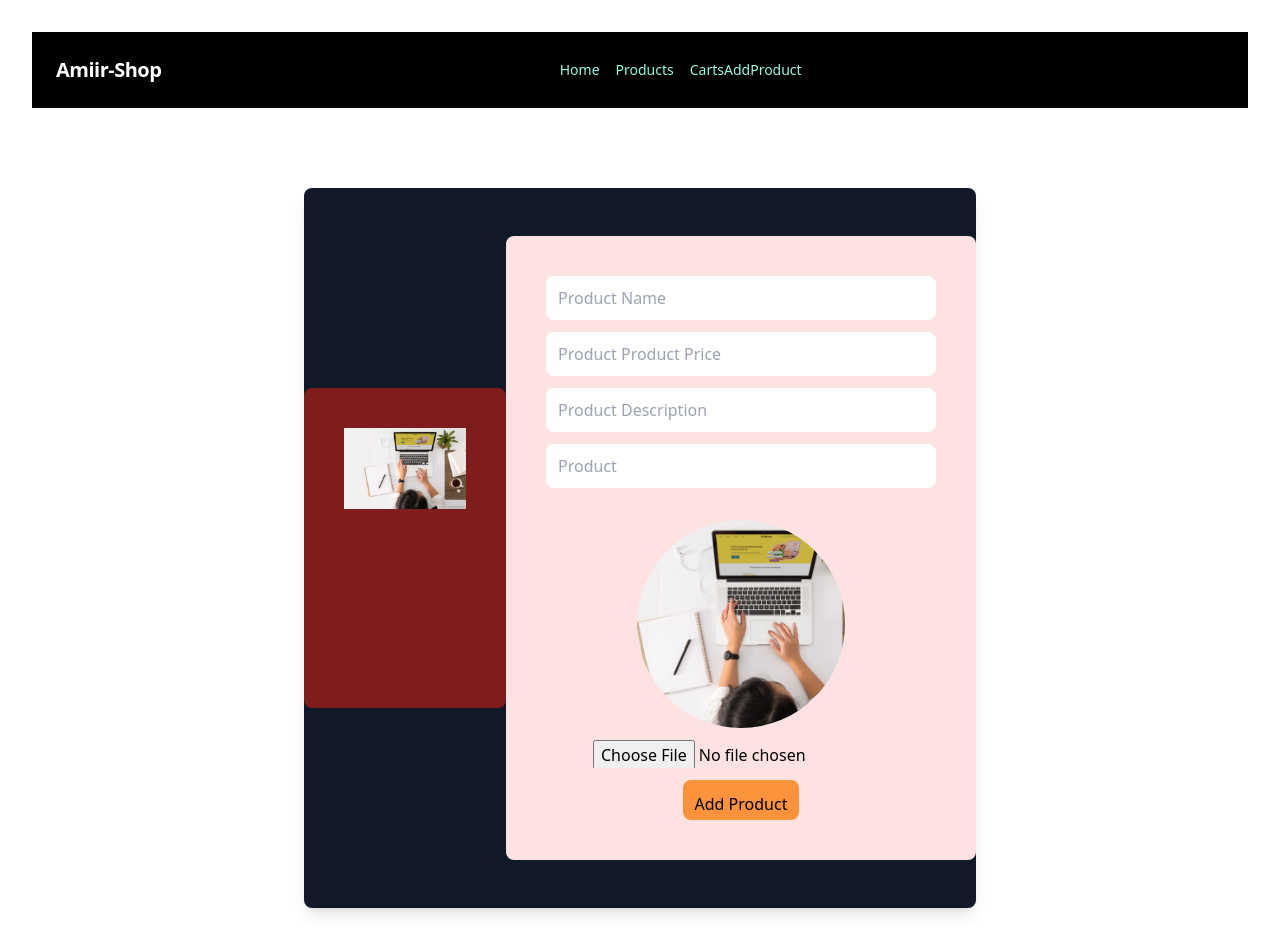
Repository: ENG-AMIIR-MUSE/ECommerce-app-using-react
Page: /addProducts
The author's editor kept a copy of each file at every save. The page is drawn from the files as they stood at one save, then again after the next save.
The browser window is 1280 px wide. The pictures show the whole page.
The page's requests for data from a server got no answer. The project was rebuilt for these pictures with package versions that can differ from the ones it lists, and the page was loaded fresh each time. No one was signed in, and anything a server would have sent is missing. Also part of the build but not shown: vite.config.js, src/Components/productList.js, src/Components/productCard.js.

Above is the page before, as saved 2023-06-24 19:58:58.

### src/main.jsx
import React from 'react'
import ReactDOM from 'react-dom/client'
import App from './App.jsx'
import './index.css'

import { BrowserRouter }  from 'react-router-dom'



ReactDOM.createRoot(document.getElementById('root')).render(
  <React.StrictMode>
    <BrowserRouter>
    <App />
    </BrowserRouter>

  </React.StrictMode>,

)

### src/App.jsx
import { useEffect } from 'react'
import { useState } from 'react'
import axios from 'axios'
import ProductList from './Components/ProductList'
import ProductCard from './Components/ProductCard'

import './App.css'

import {NavBar} from './Components/NavBar'
import {  Routes,Route } from 'react-router-dom'

import AddProduct from './Components/AddProduct'

function App() {
const [products,setProducts] =  useState([])

useEffect(()=>{
  axios.get('https://fakestoreapi.com/products')
  .then((response)=>{
    // console.log(response)
   setProducts(response.data)
  }).catch((er)=>{
    console.log(er.response)
  })

})

  return (
    <>

    {/* {console.log(products)} */}
    <NavBar/>

    {/* <ProductCard/> */}
    <Routes>
    <Route path="/"/>
    <Route path="/products" element={<ProductList products ={products}/>}/>

    <Route path="/products/:id" element={<ProductCard products = {products}/>}/>
  <Route path="/addProducts/" element={<AddProduct/>}/>
  </Routes>
    </>


  )


}

export default App

### src/Components/NavBar.jsx
import React from 'react'
import {Link } from 'react-router-dom'
 export function NavBar() {
  return (
    <>
    <nav className=" items-center justify-between flex-wrap bg-black p-6 mb-20 h-auto p-5">
  <div className="flex items-center flex-shrink-0 text-white mr-6">

    <span className="font-semibold text-xl tracking-tight">Amiir-Shop</span>


  <div className="w-full block flex-grow lg:flex lg:items-center lg:w-auto">
    <div className="text-sm lg:flex-grow">
      <Link to="/" className="block mt-4 lg:inline-block lg:mt-0 text-teal-200 hover:text-white mr-4">
        Home
      </Link>
      <Link to="/products" className="block mt-4 lg:inline-block lg:mt-0 text-teal-200 hover:text-white mr-4">
        Products
      </Link>
      <Link to="/carts" className="block mt-4 lg:inline-block lg:mt-0 text-teal-200 hover:text-white">
        Carts
      </Link>
      <Link to="/addProducts" className="block mt-4 lg:inline-block lg:mt-0 text-teal-200 hover:text-white">
        AddProduct
      </Link>
    </div>

  </div>
  </div>
</nav>
    </>
  )

 }

### src/Components/AddProduct.jsx
import React from "react";
import reactsvg from '../assets/weImage.jpg'
const  AddProduct = ()=>{

    return(

        <div  className="bg-gray-900 mt-0  text-black  min-h-screen flex flex-col lg:flex-row lg:max-w-2xl  max-w-sm mx-auto justify-center items-center  shadow-lg rounded-lg ">
          <div className="w-96 rounded-lg mx-auto  bg-red-900  m-5 h-80 p-10">
           <img src= {reactsvg}  alt="missing-product-image"/>
          </div>
          <div className="mx-auto p-10 m-10 rounded-lg bg-red-100">
          <form className="space-y-3">

           <input type="text"placeholder="Product Name" className="w-full  rounded-lg h-11  pl-3"/>
          <input type="text"placeholder="Product Product Price" className="w-full rounded-lg h-11  pl-3"/>
          <input type="text"placeholder="Product Description" className="w-full rounded-lg h-11  pl-3"/>
           <input type="text" placeholder="Product"className="w-full rounded-lg h-11 pl-3 "/>
           <div className="flex felx-row  flex-wrap items-center justify-center space-x-4">
             <img src={reactsvg} alt="" className="rounded-full w-52 h-52 mt-5  max-w-md  object-cover object-center bg-yellow-900" />
             <input type="file" className = "rounded-lg p-3 h-10 "/>
           </div>
             <input type="submit" className = "rounded-lg bg-orange-400 p-3 h-10 "value="Add Product"/>
          </form>
          </div>
        </div>
    )
}
export default AddProduct;

Loaded but not shown: index.html (common file); src/index.css (common file); src/App.css (common file); tailwind.config.js (common file)

After the next save:
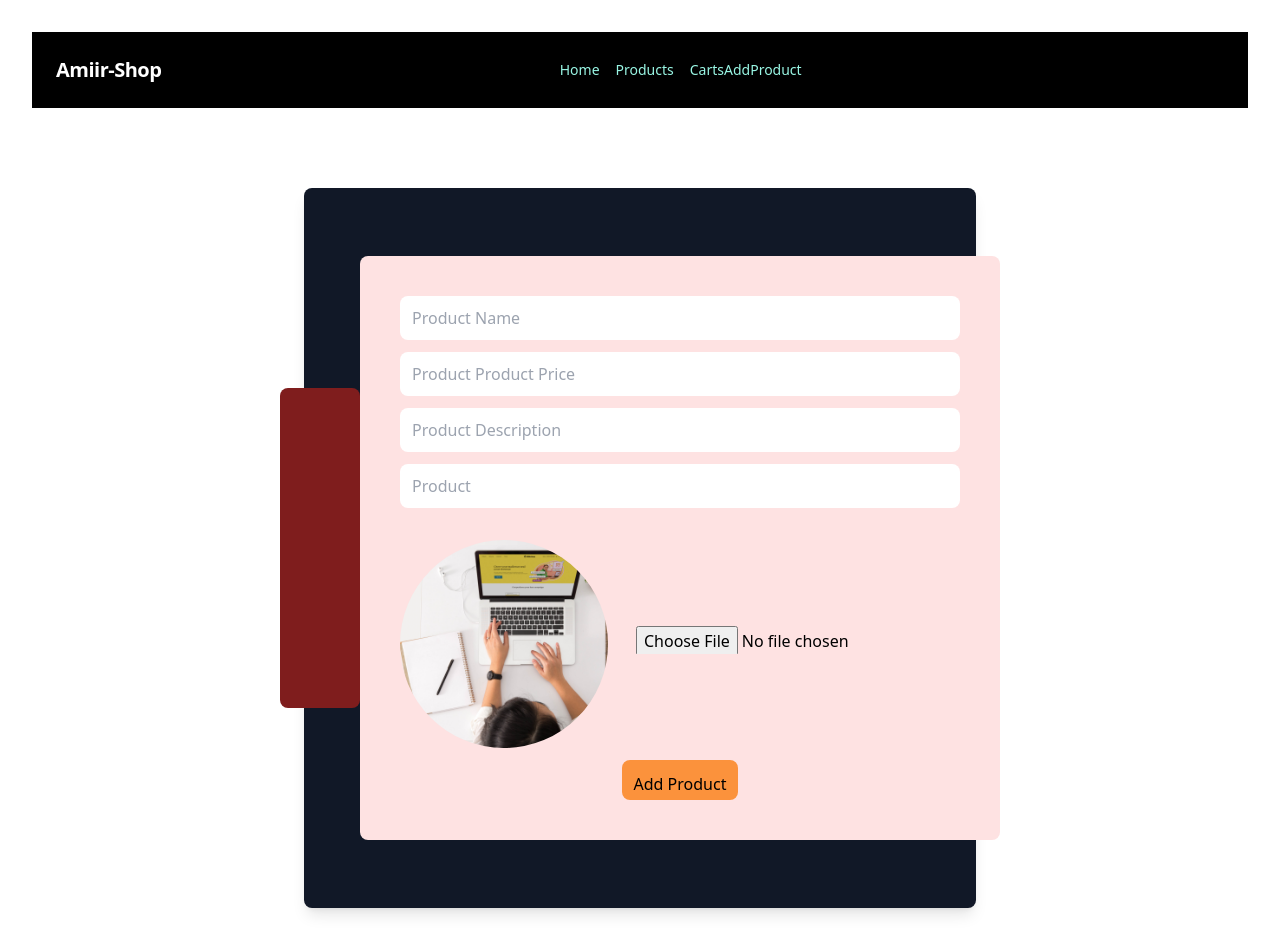
Saved 37 s later.
--- a/src/Components/AddProduct.jsx
+++ b/src/Components/AddProduct.jsx
@@ -15,7 +15,7 @@
           <input type="text"placeholder="Product Product Price" className="w-full rounded-lg h-11  pl-3"/>
           <input type="text"placeholder="Product Description" className="w-full rounded-lg h-11  pl-3"/>
            <input type="text" placeholder="Product"className="w-full rounded-lg h-11 pl-3 "/>
-           <div className="flex felx-row  flex-wrap items-center justify-center space-x-4">
+           <div className="flex felx-row   items-center justify-center space-x-4">
              <img src={reactsvg} alt="" className="rounded-full w-52 h-52 mt-5  max-w-md  object-cover object-center bg-yellow-900" />
              <input type="file" className = "rounded-lg p-3 h-10 "/>
            </div>

After the save that followed:
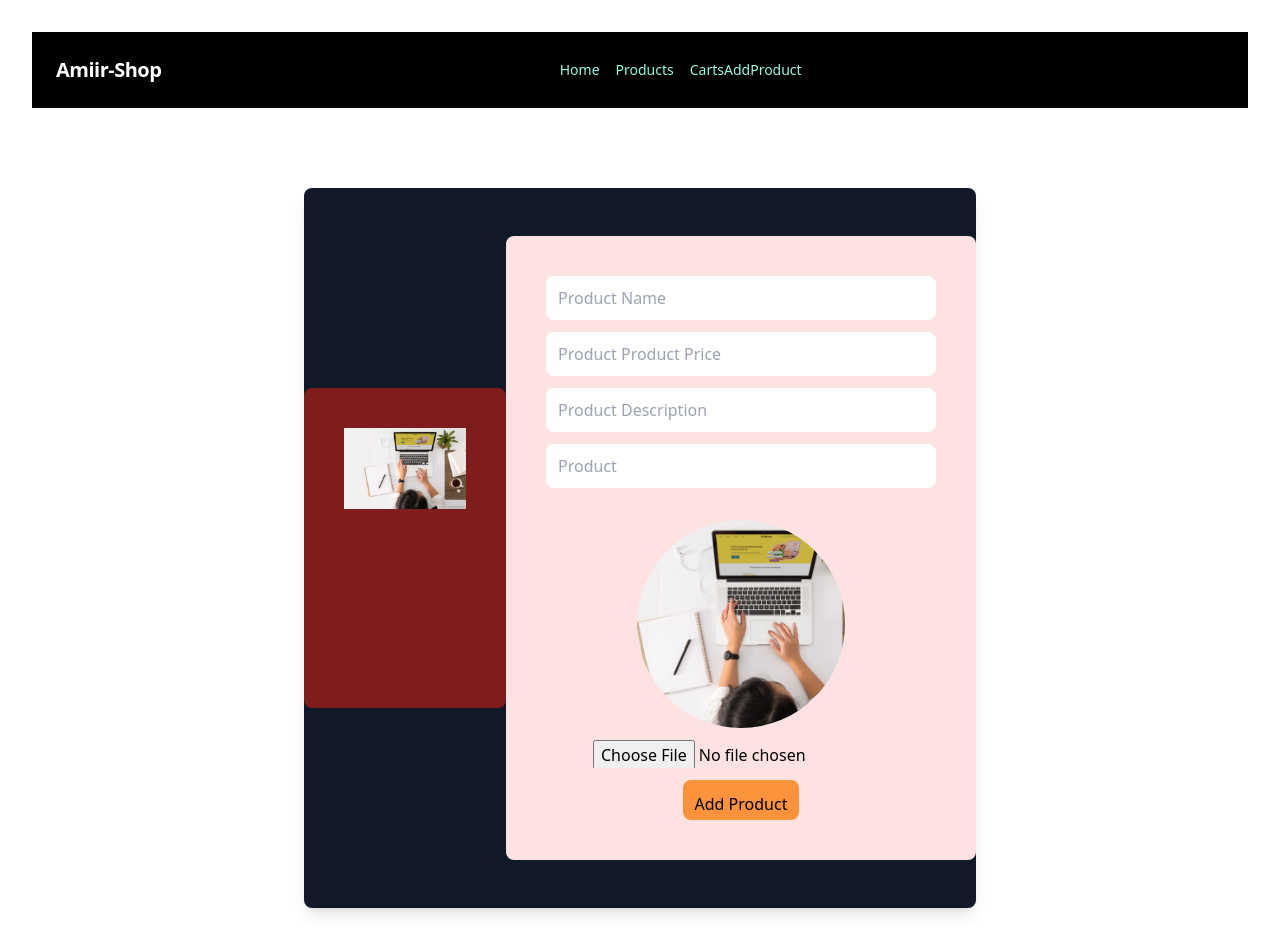
Saved 9 s later.
--- a/src/Components/AddProduct.jsx
+++ b/src/Components/AddProduct.jsx
@@ -15,7 +15,7 @@
           <input type="text"placeholder="Product Product Price" className="w-full rounded-lg h-11  pl-3"/>
           <input type="text"placeholder="Product Description" className="w-full rounded-lg h-11  pl-3"/>
            <input type="text" placeholder="Product"className="w-full rounded-lg h-11 pl-3 "/>
-           <div className="flex felx-row   items-center justify-center space-x-4">
+           <div className="flex felx-row  flex-wrap items-center justify-center space-x-4">
              <img src={reactsvg} alt="" className="rounded-full w-52 h-52 mt-5  max-w-md  object-cover object-center bg-yellow-900" />
              <input type="file" className = "rounded-lg p-3 h-10 "/>
            </div>
